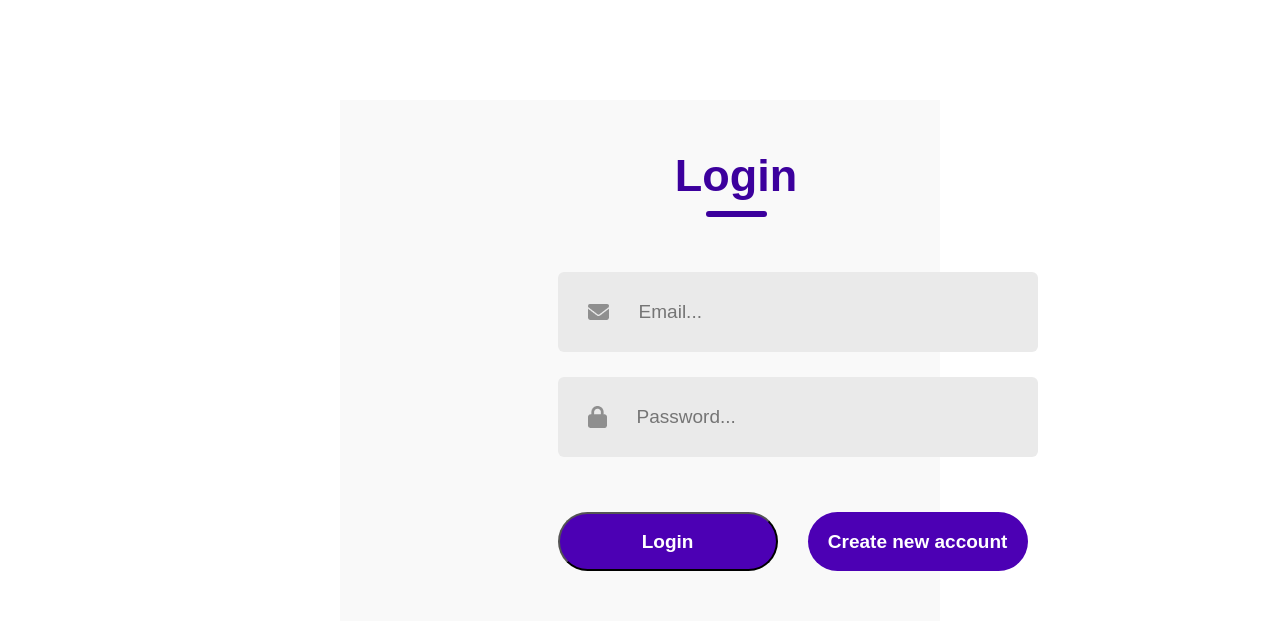
Repository: haroon-rashed/Youtube_2nd_clone
Page: / (app in Frontend/)
An editor plug-in stored every save of this project. The page is shown before and after the next save, followed by the edit.
The browser window is 1280 px wide. The pictures show the whole page.
The page's requests for data from a server got no answer. The project was rebuilt for these pictures with package versions that can differ from the ones it lists, and the page was loaded fresh each time. No one was signed in, and anything a server would have sent is missing. Also part of the build but not shown: Frontend/vite.config.js, Frontend/src/Component/Navbar/Navbar.css, Frontend/src/Component/Navbar/Navbar.jsx, Frontend/src/Component/PlayVideo/PlayVideo.css, Frontend/src/data.js, Frontend/src/Component/PlayVideo/PlayVideo.jsx, Frontend/src/Pages/Video/Video.css, Frontend/src/Pages/Video/Video.jsx and 17 more. Imported but missing from the stored project, and not drawn on this page: Frontend/src/assets/video.mp4.

Above is the page before, as saved 2025-05-09 20:19:52.

After the next save:
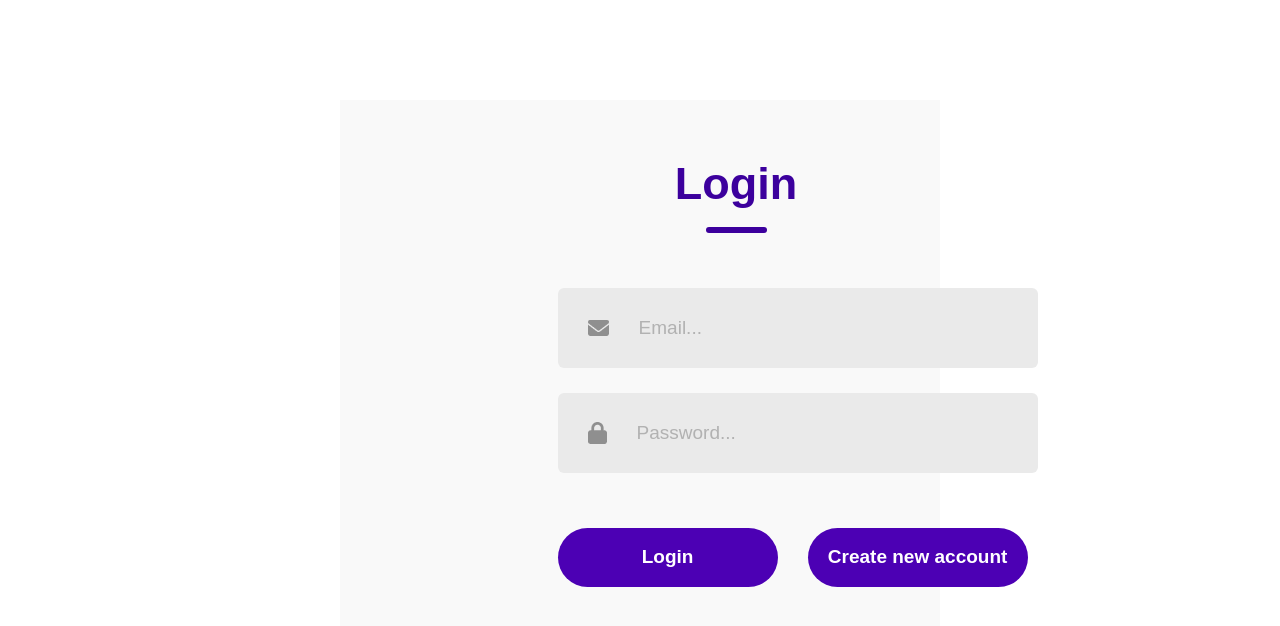
Saved 3 min 17 s later.
--- a/Frontend/src/main.jsx
+++ b/Frontend/src/main.jsx
@@ -1,6 +1,7 @@
 import React, { StrictMode } from 'react'
 import { createRoot } from 'react-dom/client'
 import './index.css'
+import './globals.css'
 import App from './App.jsx'
 import { BrowserRouter } from 'react-router-dom'
 import { store } from './redux/store.js'
